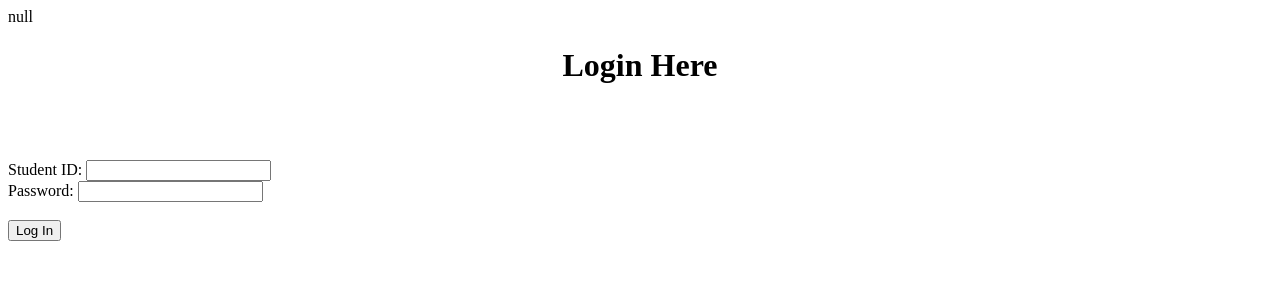
Repository: weshayutin/java258Online
Page: http://localhost/Week5Assignment/login.jsp
The author's editor kept a copy of each file at every save. The page is drawn from the files as they stood at one save, then again after the next save.
The browser window is 1280 px wide. The pictures show the whole page.
The page is served by Tomcat 9.

Above is the page before, as saved 2011-02-09 03:05:38.

After the next save:
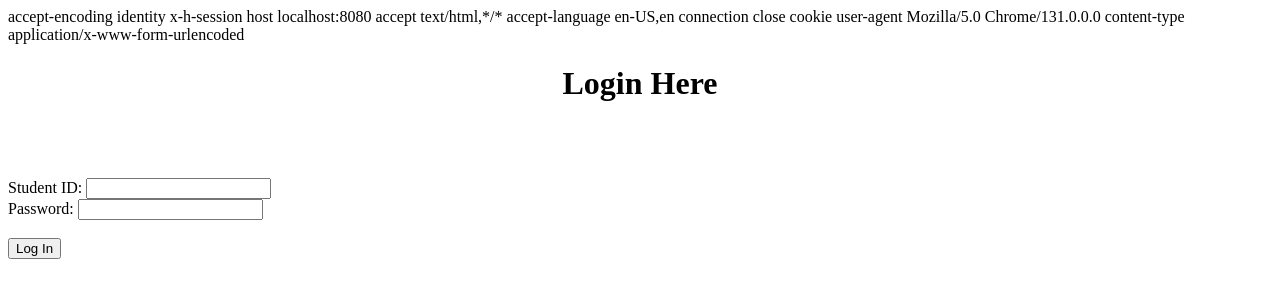
Saved 3 min 54 s later.
--- a/workspace/Week5Assignment/WebContent/login.jsp
+++ b/workspace/Week5Assignment/WebContent/login.jsp
@@ -8,7 +8,12 @@
 </head>
 <body>
 <%
-out.println(request.getHeader("message"));
+Enumeration headerNames = request.getHeaderNames();
+while(headerNames.hasMoreElements()) {
+  String headerName = (String)headerNames.nextElement();
+  out.println("<TR><TD>" + headerName);
+  out.println("    <TD>" + request.getHeader(headerName));
+}
 
 %>
 
